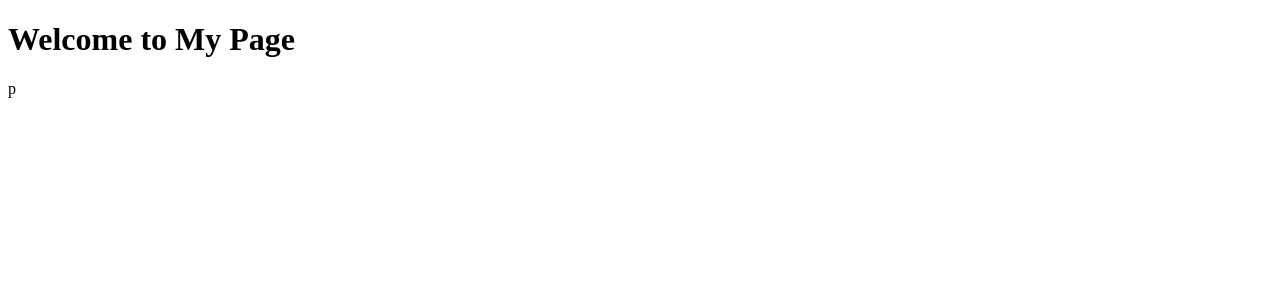
Repository: cs-fullstack-2020-spring/javascript-classes-cw-Awhit-commits
Page: index.html
The author's editor kept a copy of each file at every save. The page is drawn from the files as they stood at one save, then again after a run of saves.
The browser window is 1280 px wide. The pictures show the whole page.

Above is the page before, as saved 2021-01-06 11:48:35.

After the next 2 saves:
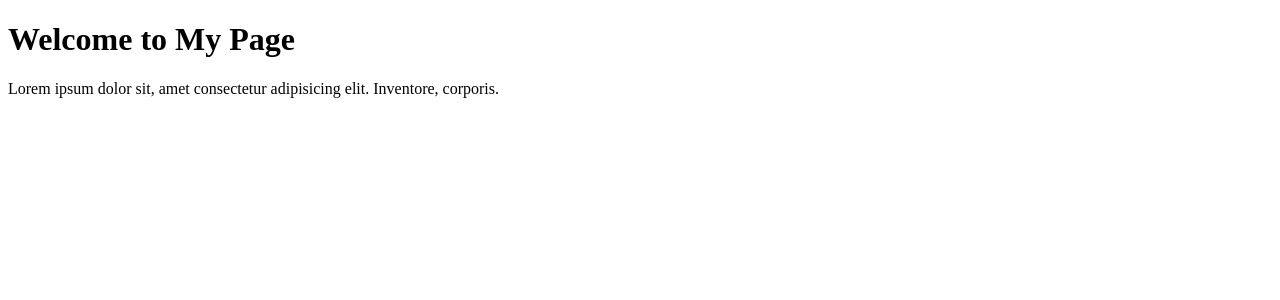
The 2 saves are shown as one change because they came seconds apart.
The last was saved 7 s later.
--- a/index.html
+++ b/index.html
@@ -7,6 +7,6 @@
 </head>
 <body>
     <h1>Welcome to My Page</h1>
-    p
+    <p>Lorem ipsum dolor sit, amet consectetur adipisicing elit. Inventore, corporis.</p>
 </body>
 </html>
